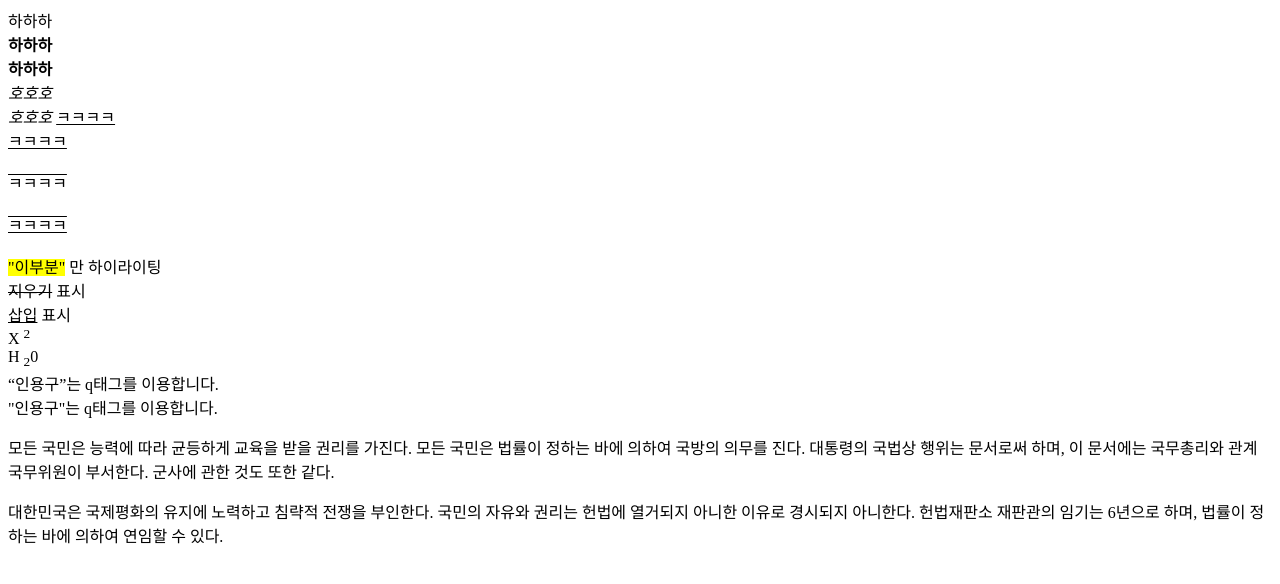
Repository: AkaKSR/Java_Convergence_New
Page: HTML0826/WebContent/Ex06.html
These files come from the project's save history. The page is drawn as it stood at one moment and after the next save; the edit follows.
The browser window is 1280 px wide. The pictures show the whole page.

Above is the page before, as saved 2019-08-26 07:41:49.

After the next save:
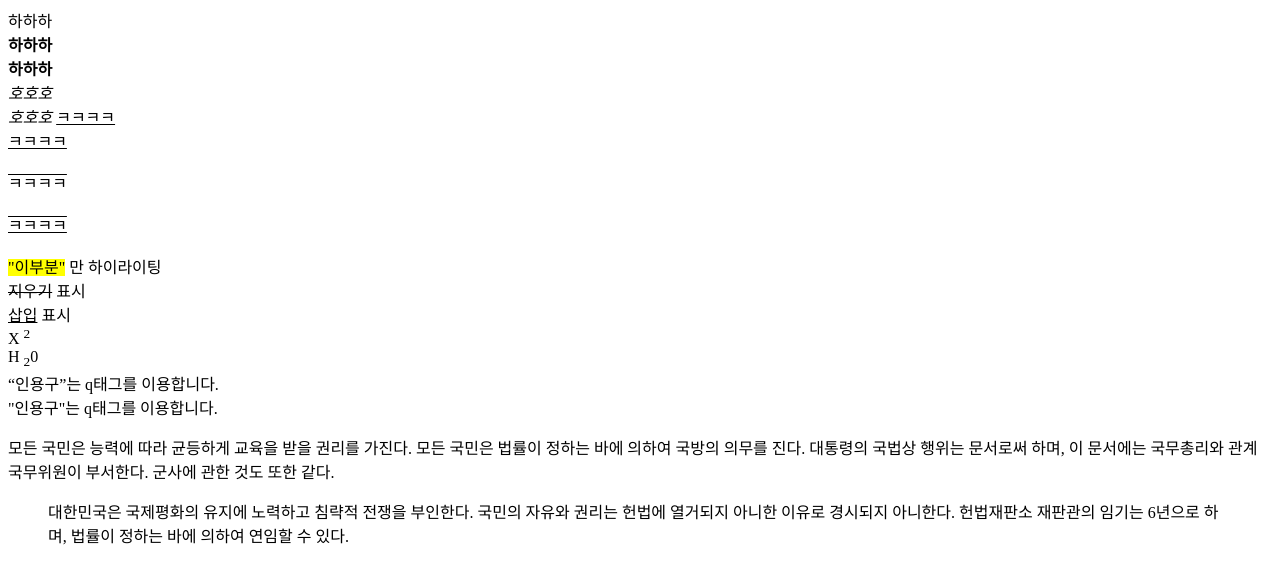
Saved 11 s later.
--- a/HTML0826/WebContent/Ex06.html
+++ b/HTML0826/WebContent/Ex06.html
@@ -50,8 +50,9 @@
 	<br>
 	<p>모든 국민은 능력에 따라 균등하게 교육을 받을 권리를 가진다. 모든 국민은 법률이 정하는 바에 의하여 국방의 의무를
 		진다. 대통령의 국법상 행위는 문서로써 하며, 이 문서에는 국무총리와 관계 국무위원이 부서한다. 군사에 관한 것도 또한 같다.</p>
+		<blockquote>
 	대한민국은 국제평화의 유지에 노력하고 침략적 전쟁을 부인한다. 국민의 자유와 권리는 헌법에 열거되지 아니한 이유로 경시되지
-	아니한다. 헌법재판소 재판관의 임기는 6년으로 하며, 법률이 정하는 바에 의하여 연임할 수 있다.
+	아니한다. 헌법재판소 재판관의 임기는 6년으로 하며, 법률이 정하는 바에 의하여 연임할 수 있다.</blockquote>
 
 </body>
 </html>
